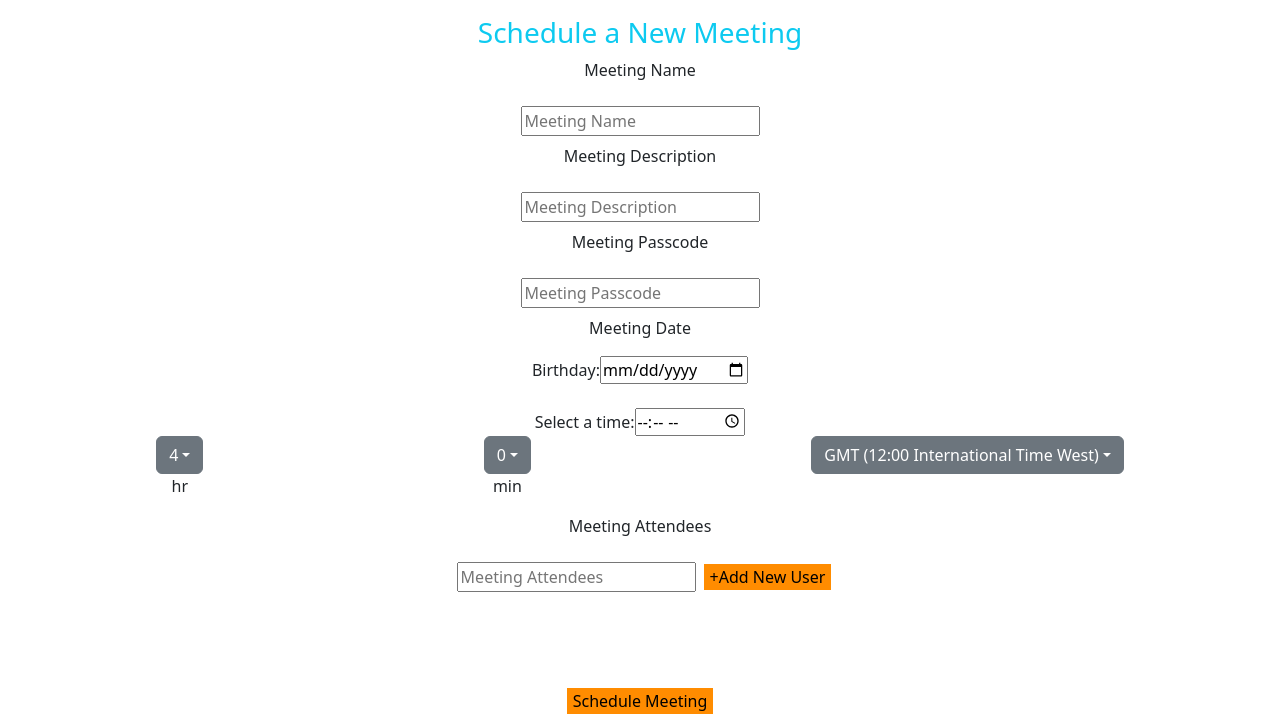
Repository: sreech465/myexam
Page: /smeet
The author's editor kept a copy of each file at every save. The page is drawn from the files as they stood at one save, then again after the next save.
The browser window is 1280 px wide. The pictures show the whole page.
The page's requests for data from a server got no answer. The project was rebuilt for these pictures with package versions that can differ from the ones it lists, and the page was loaded fresh each time. No one was signed in, and anything a server would have sent is missing. Also part of the build but not shown: src/Details.js, src/Jmeet.js, src/Joinmeet.js.

Above is the page before, as saved 2023-01-14 17:53:17.

After the next save:
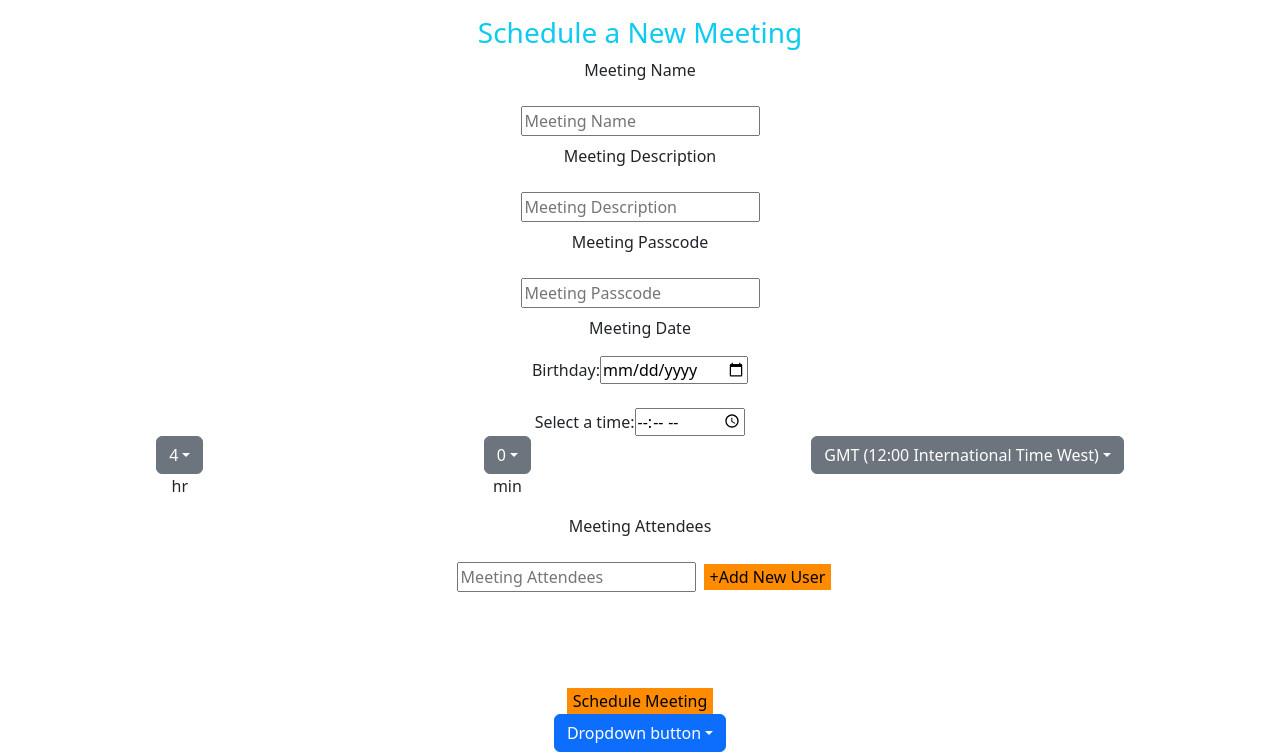
Saved 76 s later.
--- a/src/Smeet.js
+++ b/src/Smeet.js
@@ -196,6 +196,26 @@
       >
         Schedule Meeting
       </button>
+      <div class="dropdown">
+        <button
+          type="button"
+          class="btn btn-primary dropdown-toggle"
+          data-toggle="dropdown"
+        >
+          Dropdown button
+        </button>
+        <div class="dropdown-menu">
+          <a class="dropdown-item" href="#">
+            Link 1
+          </a>
+          <a class="dropdown-item" href="#">
+            Link 2
+          </a>
+          <a class="dropdown-item" href="#">
+            Link 3
+          </a>
+        </div>
+      </div>
     </div>
   );
 };

After the save that followed:
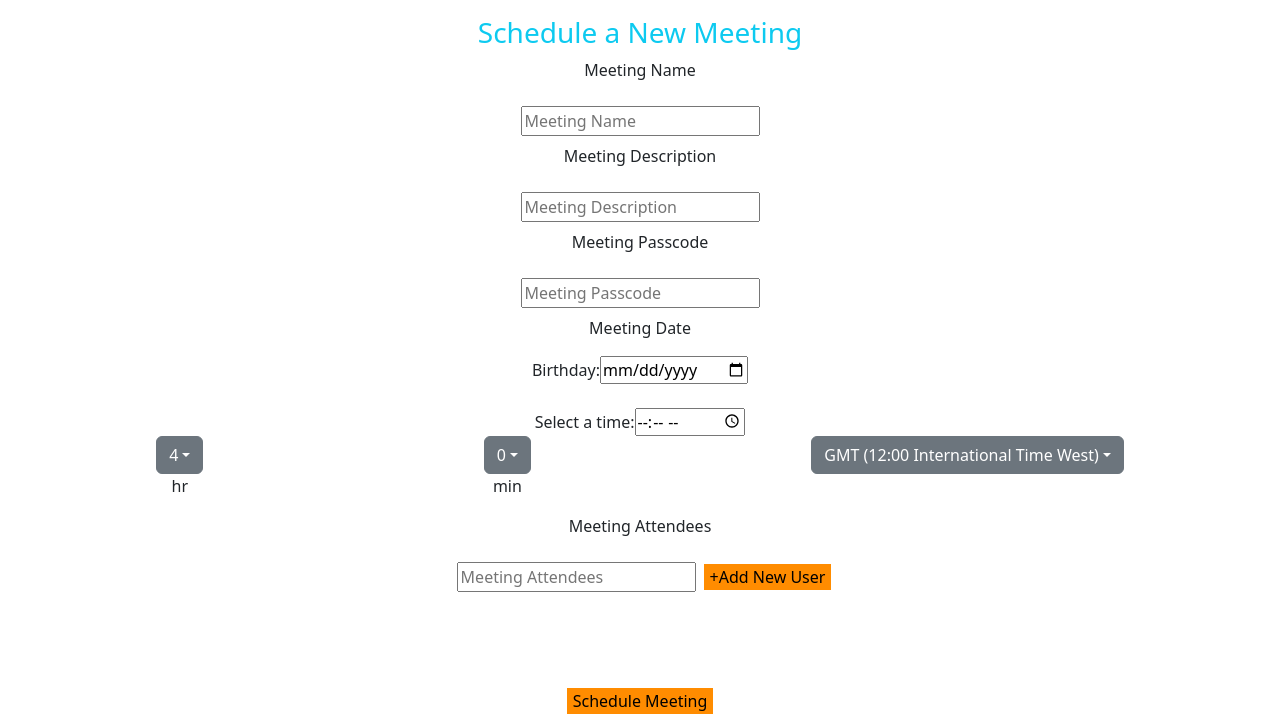
Saved 16 s later.
--- a/src/Smeet.js
+++ b/src/Smeet.js
@@ -196,26 +196,6 @@
       >
         Schedule Meeting
       </button>
-      <div class="dropdown">
-        <button
-          type="button"
-          class="btn btn-primary dropdown-toggle"
-          data-toggle="dropdown"
-        >
-          Dropdown button
-        </button>
-        <div class="dropdown-menu">
-          <a class="dropdown-item" href="#">
-            Link 1
-          </a>
-          <a class="dropdown-item" href="#">
-            Link 2
-          </a>
-          <a class="dropdown-item" href="#">
-            Link 3
-          </a>
-        </div>
-      </div>
     </div>
   );
 };
